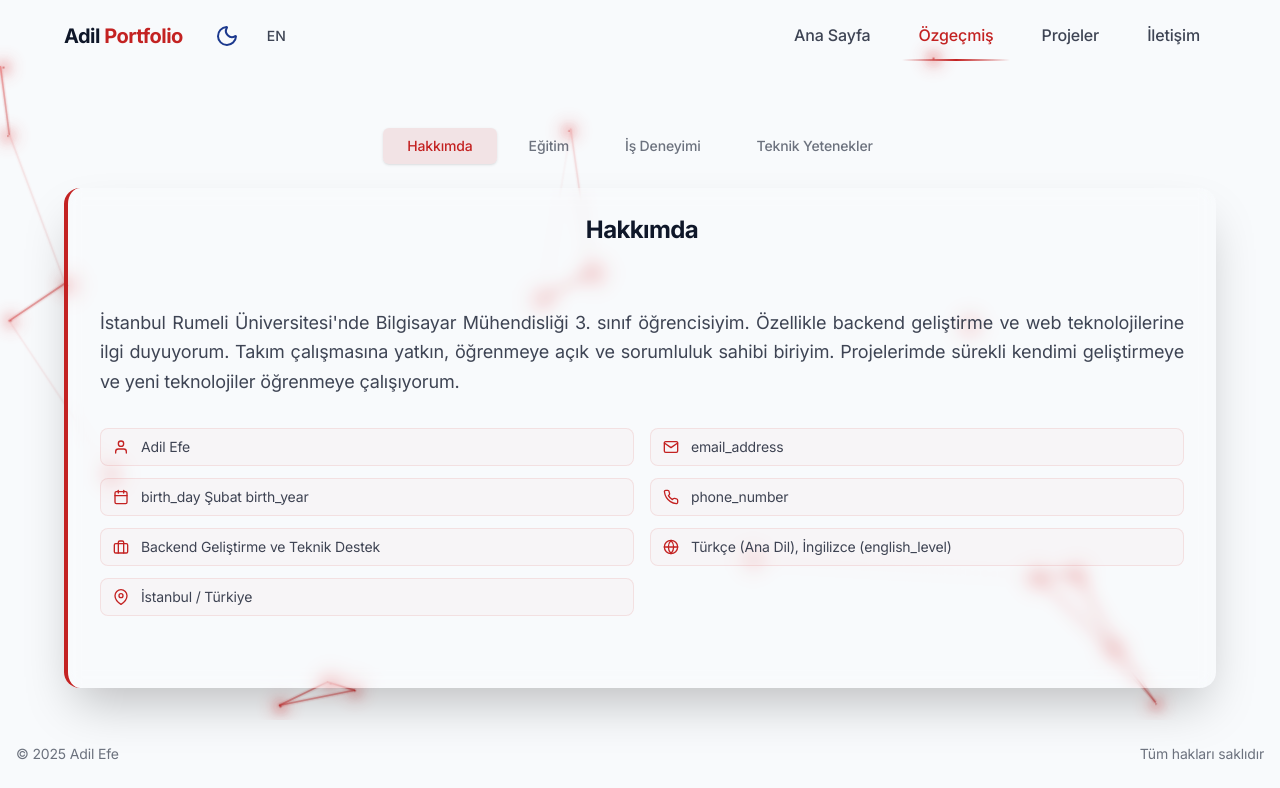
Repository: jusiann/personal-portfolio
Page: /tr/resume (app in my-portfolio/)
The author's editor kept a copy of each file at every save. The page is drawn from the files as they stood at one save, then again after the next save.
The browser window is 1280 px wide. The pictures show the whole page.
The project was rebuilt for these pictures with package versions that can differ from the ones it lists, and the page was loaded fresh each time. Also part of the build but not shown: my-portfolio/vite.config.js, my-portfolio/src/components/HomeImage.jsx, my-portfolio/src/components/SocialLinks.jsx, my-portfolio/src/components/HomeCard.jsx, my-portfolio/src/pages/Home.jsx, my-portfolio/src/components/ProjectCard.jsx, my-portfolio/src/pages/Projects.jsx, my-portfolio/src/components/ContactCard.jsx and 2 more.

Above is the page before, as saved 2025-11-23 19:51:36.

After the next save:
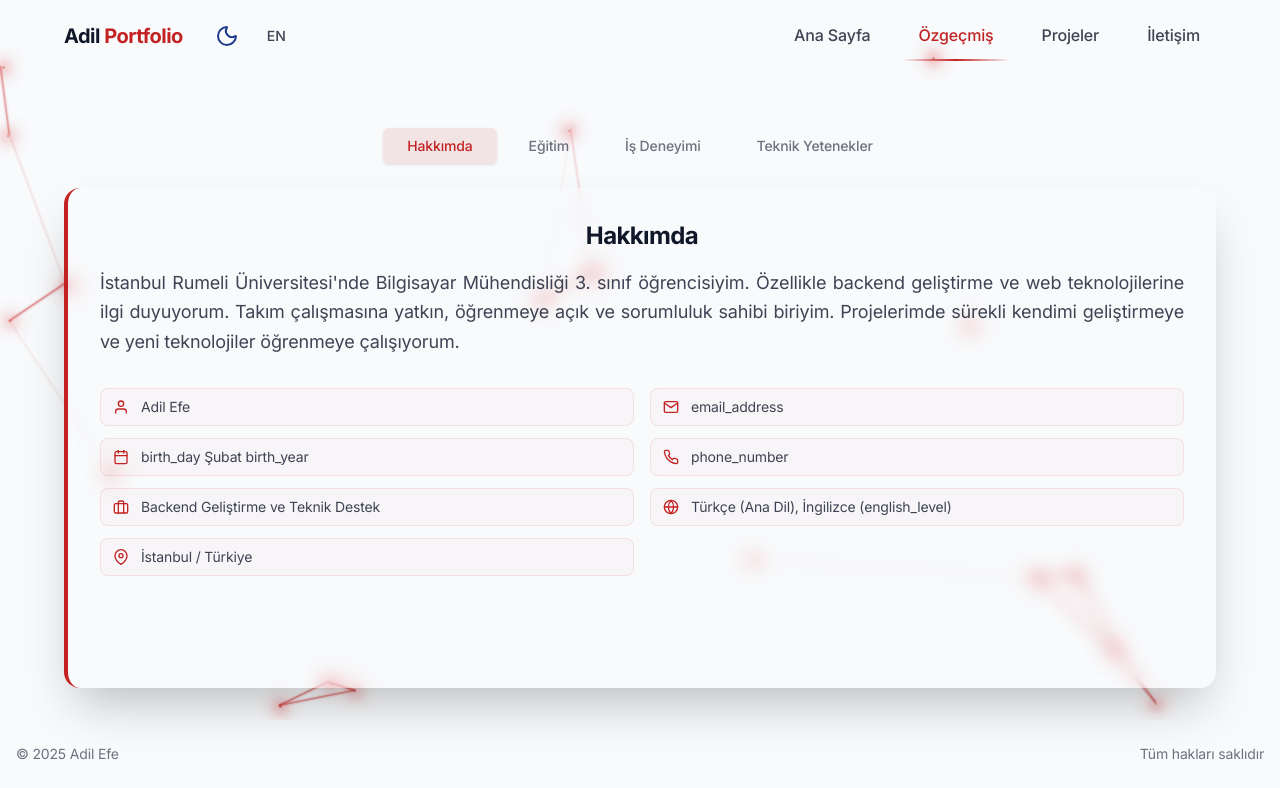
Saved 79 s later.
--- a/my-portfolio/src/components/ResumeCard.jsx
+++ b/my-portfolio/src/components/ResumeCard.jsx
@@ -29,12 +29,10 @@ export const ResumeCard = () => {
                         <h3 className="text-2xl font-heading font-bold text-foreground mb-4">
                             {translate('resume_about_title')}
                         </h3>
-                        <div className="flex items-center min-h-[400px]">
-                            <div className="w-full">
-                                <p className="text-foreground/80 leading-relaxed text-lg mb-8 text-justify">
-                                    {translate('profile_about_text')}
-                                </p>
-                                <div className="grid grid-cols-1 md:grid-cols-2 gap-4">
+                        <p className="text-foreground/80 leading-relaxed text-lg mb-8 text-justify">
+                            {translate('profile_about_text')}
+                        </p>
+                        <div className="grid grid-cols-1 md:grid-cols-2 gap-4">
                             <div className="space-y-3">
                                 <div className="flex items-start gap-3 p-2 pl-3 rounded-lg bg-primary/2 border border-primary/10 hover:bg-primary/4 transition-colors duration-200">
                                     <FiUser className="text-primary mt-0.5 shrink-0" />
@@ -67,8 +65,6 @@ export const ResumeCard = () => {
                                     <span className="text-foreground/80 text-sm">{translate('turkish')} ({translate('native')}), {translate('english')} ({translate('english_level')})</span>
                                 </div>
                             </div>
-                                </div>
-                            </div>
                         </div>
                     </div>
                 );
@@ -78,8 +74,7 @@ export const ResumeCard = () => {
                         <h3 className="text-2xl font-heading font-bold text-foreground mb-6">
                             {translate('resume_education_title')}
                         </h3>
-                        <div className="flex items-center min-h-[400px]">
-                            <div className="w-full space-y-4">
+                        <div className="space-y-4">
                             <div className="border-l-4 border-primary pl-4">
                                 <h4 className="text-lg font-semibold text-foreground">
                                     {translate('education_university_degree')}
@@ -102,7 +97,6 @@ export const ResumeCard = () => {
                                     {translate('education_highschool_start')} - {translate('education_highschool_end')}
                                 </p>
                             </div>
-                            </div>
                         </div>
                     </div>
                 );
@@ -112,8 +106,7 @@ export const ResumeCard = () => {
                         <h3 className="text-2xl font-heading font-bold text-foreground mb-6">
                             {translate('resume_experience_title')}
                         </h3>
-                        <div className="flex items-center min-h-[400px]">
-                            <div className="w-full space-y-6">
+                        <div className="space-y-6">
                             <div className="border-l-4 border-primary pl-4">
                                 <h4 className="text-lg font-semibold text-foreground">
                                     {translate('experience_yapiradar_title')}
@@ -127,7 +120,6 @@ export const ResumeCard = () => {
                                 <p className="text-sm text-foreground/70">
                                     {translate('experience_yapiradar_description')}
                                 </p>
-                            </div>
                             </div>
                         </div>
                     </div>
@@ -170,8 +162,7 @@ export const ResumeCard = () => {
                         <h3 className="text-2xl font-heading font-bold text-foreground mb-6">
                             {translate('resume_skills_title')}
                         </h3>
-                        <div className="flex items-center min-h-[400px]">
-                            <div className="w-full grid grid-cols-1 md:grid-cols-2 gap-6">
+                        <div className="grid grid-cols-1 md:grid-cols-2 gap-6">
                             <div>
                                 <h4 className="text-lg font-semibold text-primary mb-3">
                                     {translate('resume_skills_frontend')}
@@ -231,7 +222,6 @@ export const ResumeCard = () => {
                                         </div>
                                     ))}
                                 </div>
-                            </div>
                             </div>
                         </div>
                     </div>
@@ -280,10 +270,8 @@ export const ResumeCard = () => {
                     "
                 >
                     {/* Content */}
-                    <div className="p-6 md:p-8 h-[500px] overflow-y-auto md:overflow-visible flex items-center">
-                        <div className="w-full">
-                            {renderContent()}
-                        </div>
+                    <div className="p-6 md:p-8 h-[500px] overflow-y-auto">
+                        {renderContent()}
                     </div>
                 </div>
 
